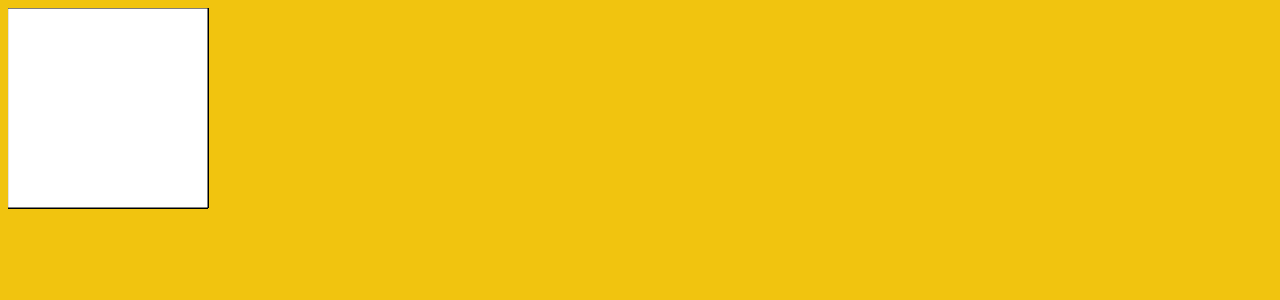
Repository: animarcus/graphing-app
Page: index.html
The author's editor kept a copy of each file at every save. The page is drawn from the files as they stood at one save, then again after the next save.
The browser window is 1280 px wide. The pictures show the whole page.
Some web libraries are served in a nearby version.

Above is the page before, as saved 2020-09-21 22:47:23.

After the next save:
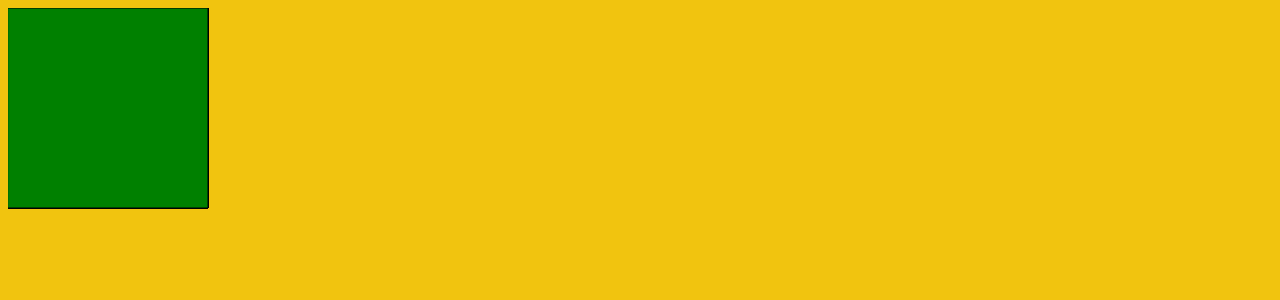
Saved 28 s later.
--- a/js/sketch.js
+++ b/js/sketch.js
@@ -5,5 +5,6 @@ function setup() {
 
 
 function draw() {
+  fill(color("green"));
   rect(0, 0, 200, 200);
 }
